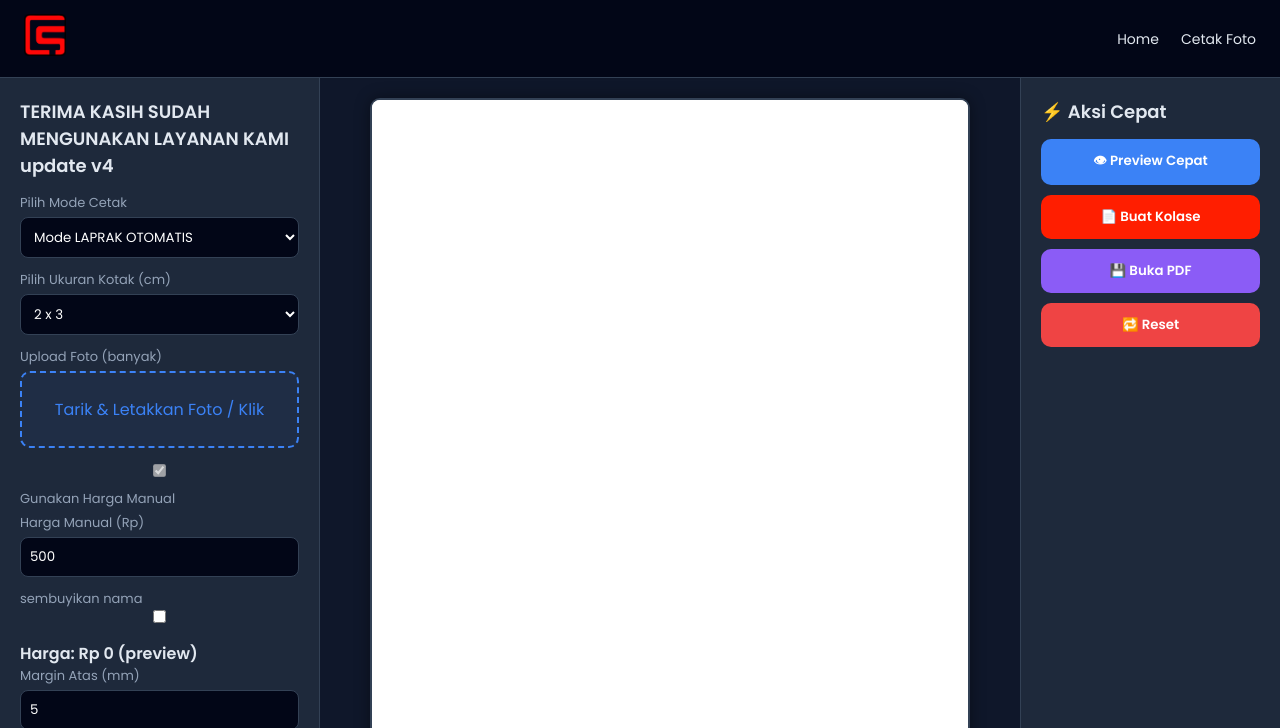
Repository: procinema22/hiisedulurfc
Page: cetakfoto.html
An editor plug-in stored every save of this project. The page is shown before and after the next save, followed by the edit.
The browser window is 1280 px wide. The pictures show the whole page.
An inner scrolling area shows only its first screen.

Above is the page before, as saved 2026-04-27 21:28:50.

### cetakfoto.html
<!DOCTYPE html>
<html lang="id">
<head>
  <meta charset="UTF-8">
  <meta name="viewport" content="width=device-width, initial-scale=1.0">

  <title>SEDULUR FOTO COPY – Cetak Foto</title>

  <link rel="icon" type="image/png" href="img/loggo/sdlr.png">
  <link href="https://fonts.googleapis.com/css2?family=Poppins:wght@400;600&display=swap" rel="stylesheet">
  <link rel="stylesheet" href="css/cetak.css">

  <script src="https://cdn.jsdelivr.net/npm/exif-js"></script>
  <script src="https://cdnjs.cloudflare.com/ajax/libs/jspdf/2.5.1/jspdf.umd.min.js"></script>
</head>

<body>

<!-- ================= NAVBAR ================= -->
<header>
  <div class="logo">
    <a href="index.html">
      <img src="img/loggo/sdlr.png" alt="Sedulur Foto Copy">
    </a>
  </div>

  <nav>
    <ul>
      <li><a href="index.html">Home</a></li>
      <li><a href="cetakfoto.html" class="active">Cetak Foto</a></li>

    </ul>
  </nav>
</header>

<!-- ================= LAYOUT ================= -->
<div class="layout">

  <!-- ========= PANEL KIRI ========= -->
  <aside class="left-panel">

    <h2 class="section-title">TERIMA KASIH SUDAH MENGUNAKAN LAYANAN KAMI update v4</h2>

    <label>Pilih Mode Cetak</label>
    <select id="modeSelect">
      <option value="normal">Mode LAPRAK OTOMATIS</option>
      <option value="perfoto">Mode PAS FOTO</option>
      <option value="circle">Mode LINGKARAN</option>
    </select>

    <div id="circleControls" style="display:none;">
      <label>Diameter Lingkaran (cm)</label>
      <input id="circleDiameter" type="number" value="4">
    </div>

    <label>Pilih Ukuran Kotak (cm)</label>
    <select id="sizeSelect">
      <option value="2x3">2 x 3</option>
      <option value="3x4">3 x 4</option>
      <option value="4x6">4 x 6</option>
      <option value="5x5">5 x 5</option>
      <option value="6x9">6 x 9</option>
      <option value="10x15">10 x 15</option>
      <option value="custom">Custom...</option>
    </select>

    <div id="customSize" style="display:none;">
      <input id="customW" type="number" placeholder="Lebar (cm)">
      <input id="customH" type="number" placeholder="Tinggi (cm)">
    </div>

    <label>Upload Foto (banyak)</label>
    <div id="dropArea" class="drop-area">
      Tarik & Letakkan Foto / Klik
    </div>
    <input id="upload" type="file" multiple accept="image/*" hidden>

    <label>
      <input type="checkbox" id="manualHargaCheckbox">
      Gunakan Harga Manual
    </label>

    <div id="manualHargaBox" style="display:none;">
      <label>Harga Manual (Rp)</label>
      <input
  id="manualHargaInput"
  type="number"
  value="500"
  min="500"
  step="500">
    </div>

    <label class="switch-wrap">
      <span>sembuyikan nama</span>

      <label class="switch">
        <input type="checkbox" id="hideInfo">
        <span class="slider"></span>
      </label>
    </label>
    <div id="laprakControls" style="display:none;">
      <label>Nama Laprak</label>
      <input type="text" id="laprakName">
      <label>Harga Laprak (Rp)</label>
      <input type="number" id="laprakPrice" value="2000">
    </div>

    <div class="price" id="priceDisplay">Harga: Rp 0</div>
    <div id="batchList"></div>

    <label>Margin Atas (mm)</label>
    <input id="marginTop" type="number" value="5">

    <label>Margin Bawah (mm)</label>
    <input id="marginBottom" type="number" value="5">

    <label>Margin Kiri (mm)</label>
    <input id="marginLeft" type="number" value="5">

    <label>Margin Kanan (mm)</label>
    <input id="marginRight" type="number" value="5">

    <label>Gap antar foto (px)</label>
    <input id="gap" type="number" value="20">

    <label>Nama Pelanggan</label>
    <input id="userName" type="text" placeholder="Nama pengguna">

    <label>
      <input type="checkbox" id="laprakMode">
      Mode Laprak Manual
    </label>



    <label>
      <input type="checkbox" checked disabled>
      hubungi admin untuk menghilangkan watermark
    </label>

  </aside>

  <!-- ========= PANEL TENGAH ========= -->
  <section class="center-panel">
    <canvas id="canvas" width="1240" height="1754"></canvas>

    <div class="page-nav" id="pageNav" style="display:none;">
      <button id="prevPage">⬅</button>
      <div id="pageIndicator">Halaman 1 / 1</div>
      <button id="nextPage">➡</button>
    </div>
  </section>

  <!-- ========= PANEL KANAN ========= -->
  <aside class="right-panel">
    <h2 class="section-title">⚡ Aksi Cepat</h2>
    <button id="previewBtn" class="btn blue">👁 Preview Cepat</button>
    <button id="generateBtn" class="btn green">📄 Buat Kolase</button>
    <button id="downloadPdf" class="btn purple">💾 Buka PDF</button>
    <button id="reset" class="btn red">🔁 Reset</button>
  </aside>

</div>

<!-- ================= LOADING ================= -->
<div id="loadingOverlay">
  <div class="loader"></div>
  <p>Memproses... tunggu sebentar ya</p>
</div>

<div id="toast"></div>

<script src="js/script.js"></script>

<!-- ================= FIREBASE AUTH ================= -->


</body>
</html>

### css/cetak.css
/* ============ ROOT & GLOBAL ============ */
:root {
    --bg: #0f172a;
    --card: #1e293b;
    --border: #334155;
    --text: #e2e8f0;
    --muted: #94a3b8;
    --blue: #3b82f6;
    --green: #ff1e00;
    --purple: #8b5cf6;
    --red: #ef4444;
    --shadow: rgba(0,0,0,.4);
  }

  *{
    margin:0;
    padding:0;
    box-sizing:border-box;
    font-family:"Poppins",sans-serif;
  }

  body{
    background:var(--bg);
    color:var(--text);
    overflow-x:hidden;
  }

  /* ============ HEADER / NAVBAR ============ */
  header{
    display:flex;
    align-items:center;
    justify-content:space-between;
    padding:14px 24px;
    background:#020617;
    border-bottom:1px solid var(--border);
  }

  header .logo img{
    height:42px;
  }

  header nav ul{
    display:flex;
    gap:22px;
    list-style:none;
  }

  header nav ul li a{
    color:var(--text);
    text-decoration:none;
    font-size:14px;
    font-weight:500;
  }

  header nav ul li a:hover{
    color:var(--green);
  }

  .search-box{
    display:flex;
    gap:6px;
  }

  .search-box input{
    padding:6px 10px;
    border-radius:8px;
    background:#020617;
    border:1px solid var(--border);
    color:white;
  }

  /* ============ LAYOUT ============ */
  .layout{
    display:grid;
    grid-template-columns:320px 1fr 260px;
    height:calc(100vh - 70px);
  }

  /* ============ LEFT PANEL ============ */
  .left-panel{
    background:var(--card);
    padding:20px;
    border-right:1px solid var(--border);
    overflow-y:auto;
  }

  .left-panel label{
    font-size:13px;
    color:var(--muted);
    margin-bottom:4px;
    display:block;
  }

  .left-panel input,
  .left-panel select{
    width:100%;
    padding:9px;
    border-radius:8px;
    border:1px solid var(--border);
    background:#020617;
    color:white;
    margin-bottom:12px;
  }

  .section-title{
    font-size:18px;
    font-weight:600;
    margin-bottom:14px;
  }

  /* DROP AREA */
  .drop-area{
    border:2px dashed var(--blue);
    padding:24px;
    text-align:center;
    border-radius:10px;
    color:var(--blue);
    background:rgba(59,130,246,.05);
    cursor:pointer;
    margin-bottom:15px;
  }

  .drop-area:hover{
    background:rgba(59,130,246,.15);
  }

  /* PRICE */
  .price{
    font-size:16px;
    font-weight:600;
    margin-top:6px;
  }

  /* ============ CENTER PANEL ============ */
  .center-panel{
    padding:20px;
    display:flex;
    flex-direction:column;
    align-items:center;
    overflow-y:auto;
  }

  canvas{
    width:100%;
    max-width:600px;
    background:white;
    border-radius:10px;
    border:2px solid var(--border);
    box-shadow:0 0 15px var(--shadow);
  }

  /* PAGE NAV */
  .page-nav{
    display:flex;
    gap:14px;
    margin-top:12px;
  }

  .page-nav button{
    padding:8px 14px;
    border:none;
    border-radius:8px;
    background:var(--blue);
    color:white;
    cursor:pointer;
  }

  /* ============ RIGHT PANEL ============ */
  .right-panel{
    background:var(--card);
    padding:20px;
    border-left:1px solid var(--border);
    overflow-y:auto;
  }

  .btn{
    width:100%;
    padding:12px;
    border:none;
    border-radius:10px;
    font-weight:600;
    cursor:pointer;
    margin-bottom:10px;
    color:white;
  }

  .blue{background:var(--blue)}
  .green{background:var(--green)}
  .purple{background:var(--purple)}
  .red{background:var(--red)}

  /* ============ LOADER & TOAST ============ */
  #loadingOverlay{
    position:fixed;
    inset:0;
    background:rgba(0,0,0,.7);
    display:none;
    flex-direction:column;
    justify-content:center;
    align-items:center;
    z-index:9999;
  }

  .loader{
    width:60px;
    height:60px;
    border-radius:50%;
    border:6px solid #fff;
    border-top:6px solid var(--blue);
    animation:spin 1s linear infinite;
  }

  @keyframes spin{
    to{transform:rotate(360deg)}
  }

  #toast{
    position:fixed;
    bottom:20px;
    right:20px;
    padding:12px 18px;
    background:var(--card);
    border-left:5px solid var(--blue);
    border-radius:10px;
    opacity:0;
    transition:.3s;
    z-index:10000;
  }

  #toast.show{
    opacity:1;
    transform:translateY(-6px);
  }

  /* ============ PRINT A4 MODE ============ */
  @media print{
    header,
    .left-panel,
    .right-panel,
    .page-nav,
    #toast,
    #loadingOverlay{
      display:none !important;
    }

    body{
      background:white;
      overflow:visible;
    }

    .layout{
      display:block;
      height:auto;
    }

    canvas{
      width:210mm !important;
      height:297mm !important;
      max-width:none;
      border:none;
      box-shadow:none;
      border-radius:0;
    }
  }

  @page{
    size:A4;
    margin:10mm;
  }
  .btn-logout {
    background: #e53935;
    color: #fff;
    border: none;
    padding: 8px 14px;
    border-radius: 6px;
    cursor: pointer;
    font-weight: 600;
  }

  .btn-logout:hover {
    background: #c62828;
  }

Loaded but not shown: js/script.js (985 lines, source omitted)

After the next save:
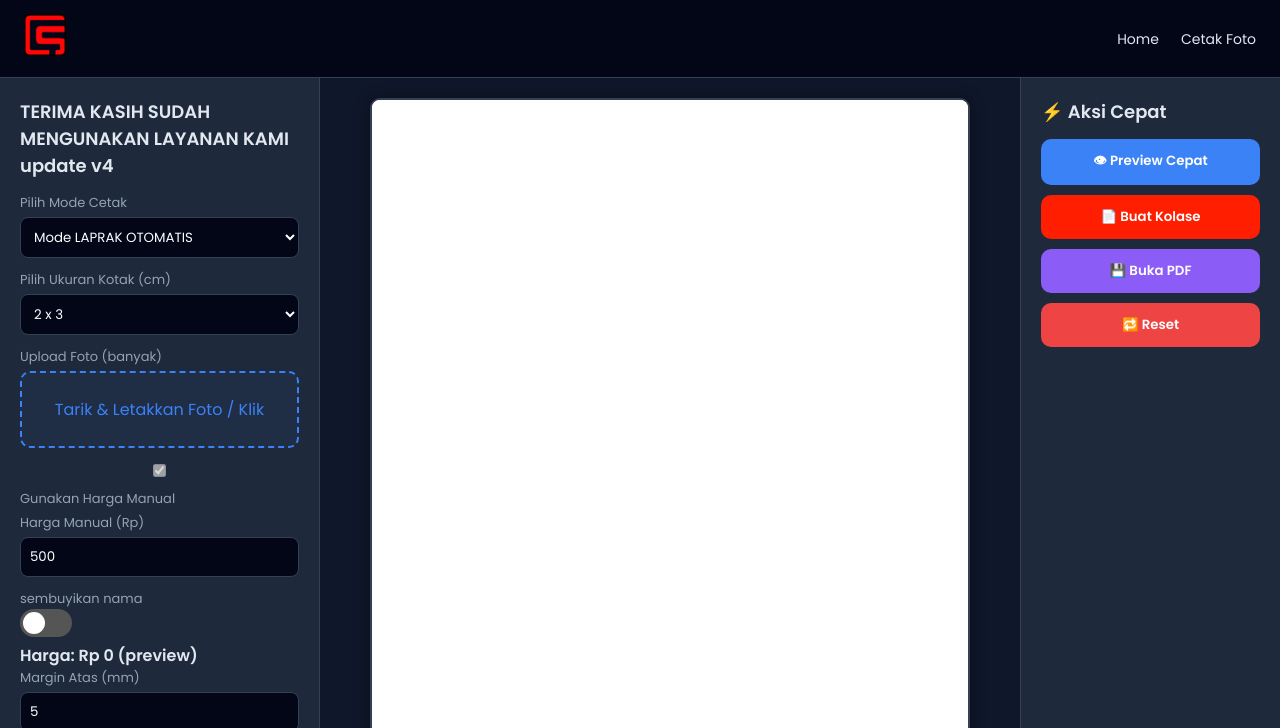
Saved 24 s later.
--- a/css/cetak.css
+++ b/css/cetak.css
@@ -280,3 +280,53 @@
   .btn-logout:hover {
     background: #c62828;
   }
+  .switch-wrap{
+    display:flex;
+    align-items:center;
+    justify-content:space-between;
+    gap:12px;
+    color:#fff;
+    font-size:14px;
+  }
+
+  .switch{
+    position:relative;
+    display:inline-block;
+    width:52px;
+    height:28px;
+  }
+
+  .switch input{
+    opacity:0;
+    width:0;
+    height:0;
+  }
+
+  .slider{
+    position:absolute;
+    inset:0;
+    background:#555;
+    border-radius:50px;
+    transition:.3s;
+    cursor:pointer;
+  }
+
+  .slider:before{
+    content:"";
+    position:absolute;
+    width:22px;
+    height:22px;
+    left:3px;
+    top:3px;
+    background:white;
+    border-radius:50%;
+    transition:.3s;
+  }
+
+  .switch input:checked + .slider{
+    background:#22c55e;
+  }
+
+  .switch input:checked + .slider:before{
+    transform:translateX(24px);
+  }
